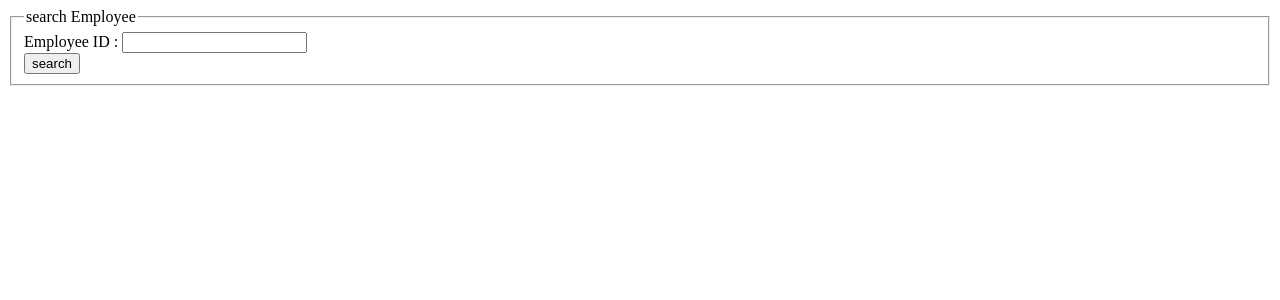
Repository: MamathaManchala/TY_CG_HTD_BangloreNovember_JFS_MamathaManchala
Page: http://localhost/mywebapp/searchEmp.jsp
An editor plug-in stored every save of this project. The page is shown before and after the next save, followed by the edit.
The browser window is 1280 px wide. The pictures show the whole page.
The page is served by Tomcat 9. Other server files are loaded and not shown.

Above is the page before, as saved 2019-12-17 14:16:15.

### BackEnd/servelets/mywebapp/src/main/webapp/searchEmp.jsp
<%@page import="com.capgemini.mywebapp.bean.EmployeeInfoBean"%>
<%@ page language="java" contentType="text/html; charset=ISO-8859-1"
    pageEncoding="ISO-8859-1"%>

    <%@ page session="false" %>
    <% EmployeeInfoBean employeeInfoBean=(EmployeeInfoBean) request.getAttribute("employeeInfoBean"); %>


<!DOCTYPE html>
<html>
<head>
<meta charset="ISO-8859-1">
<title>Insert title here</title>
</head>
<body>

<fieldset>
		<legend>search Employee</legend>
		<form action="./getEmployee">
			Employee ID : <input type="number" name="empId" required><br>
			<input type="submit" value="search">


		</form>



	</fieldset>

</body>
</html>

After the next save:
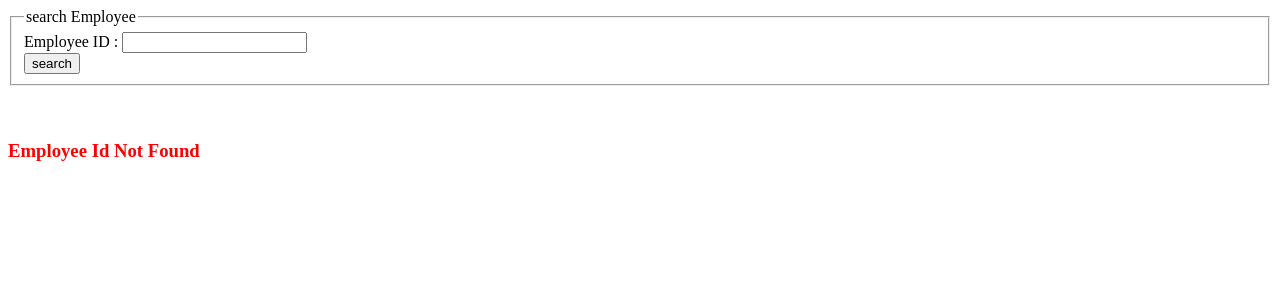
Saved 108 s later.
--- a/BackEnd/servelets/mywebapp/src/main/webapp/searchEmp.jsp
+++ b/BackEnd/servelets/mywebapp/src/main/webapp/searchEmp.jsp
@@ -26,6 +26,25 @@
 
 
 	</fieldset>
+	<br>
+	<br>
+	<%if(employeeInfoBean == null) { %>
+	<h3 style="color: red;">Employee Id Not Found</h3>
+	<% } %>
+
+
+
+
+
+
+
+
+
+
+
+
+
+
 
 </body>
 </html>
